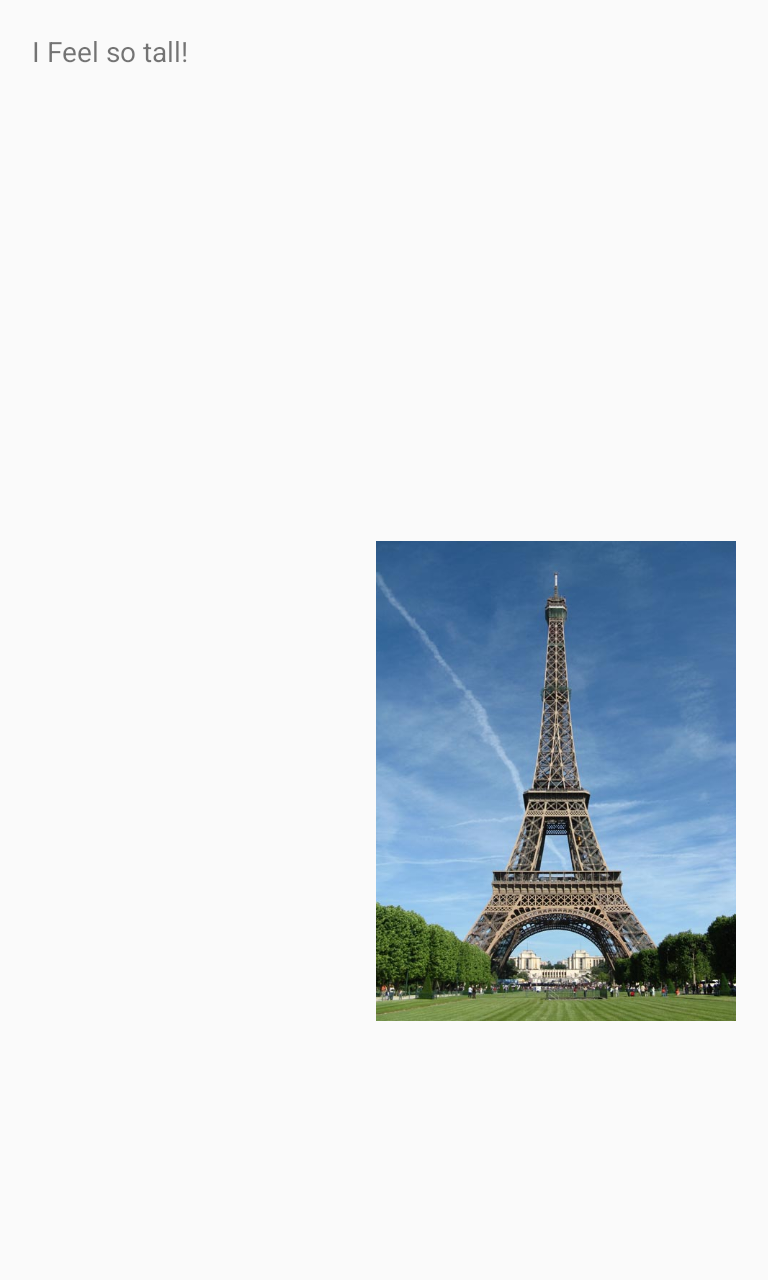
Repository: Smahane/Android_CST407
Layout: HomeWork2/HomeWork2_Resources_State/res/layout/fragment_opinion.xml
The author's editor kept a copy of each file at every save. The layout is drawn from the files as they stood at one save, then again after the next save.
It is drawn on a 768 x 1280 px phone screen (xhdpi) without system bars, with theme AppTheme; the app's code is not run.

Above is the layout before, as saved 2014-07-20 17:25:36.

### HomeWork2/HomeWork2_Resources_State/res/layout/fragment_opinion.xml
<RelativeLayout xmlns:android="http://schemas.android.com/apk/res/android"
    xmlns:tools="http://schemas.android.com/tools"
    android:layout_width="match_parent"
    android:layout_height="match_parent"
    android:paddingBottom="@dimen/activity_vertical_margin"
    android:paddingLeft="@dimen/activity_horizontal_margin"
    android:paddingRight="@dimen/activity_horizontal_margin"
    android:paddingTop="@dimen/activity_vertical_margin"
    tools:context="com.example.homework2_resources.OpinionActivity$PlaceholderFragment" >

    <TextView
        android:id="@+id/textView1"
        android:layout_width="wrap_content"
        android:layout_height="wrap_content"
        android:text="@string/portrait" />

    <ImageView
        android:id="@+id/imageView1"
        android:layout_width="wrap_content"
        android:layout_height="wrap_content"
        android:layout_below="@+id/textView1"
        android:layout_marginLeft="94dp"
        android:layout_marginTop="122dp"
        android:layout_toRightOf="@+id/textView1"
        android:src="@drawable/eiffeltower" />

</RelativeLayout>

### HomeWork2/HomeWork2_Resources_State/res/values/strings.xml
<?xml version="1.0" encoding="utf-8"?>
<resources>

    <string name="app_name">HomeWork2_Resources</string>
    <string name="portrait">I Feel so tall!</string>
    <string name="action_settings">Settings</string>
    <string name="land_txt">the world looks flat</string>
    <string name="EiffelTowerImage">Eiffel Tower</string>

</resources>

Loaded but not shown: HomeWork2/HomeWork2_Resources_State/res/values/styles.xml (common file); HomeWork2/HomeWork2_Resources_State/res/values-v11/styles.xml (common file); HomeWork2/HomeWork2_Resources_State/res/values-v14/styles.xml (common file); HomeWork2/HomeWork2_Resources_State/res/values/dimens.xml (common file); HomeWork2/HomeWork2_Resources_State/res/values-w820dp/dimens.xml (common file)

After the next save:
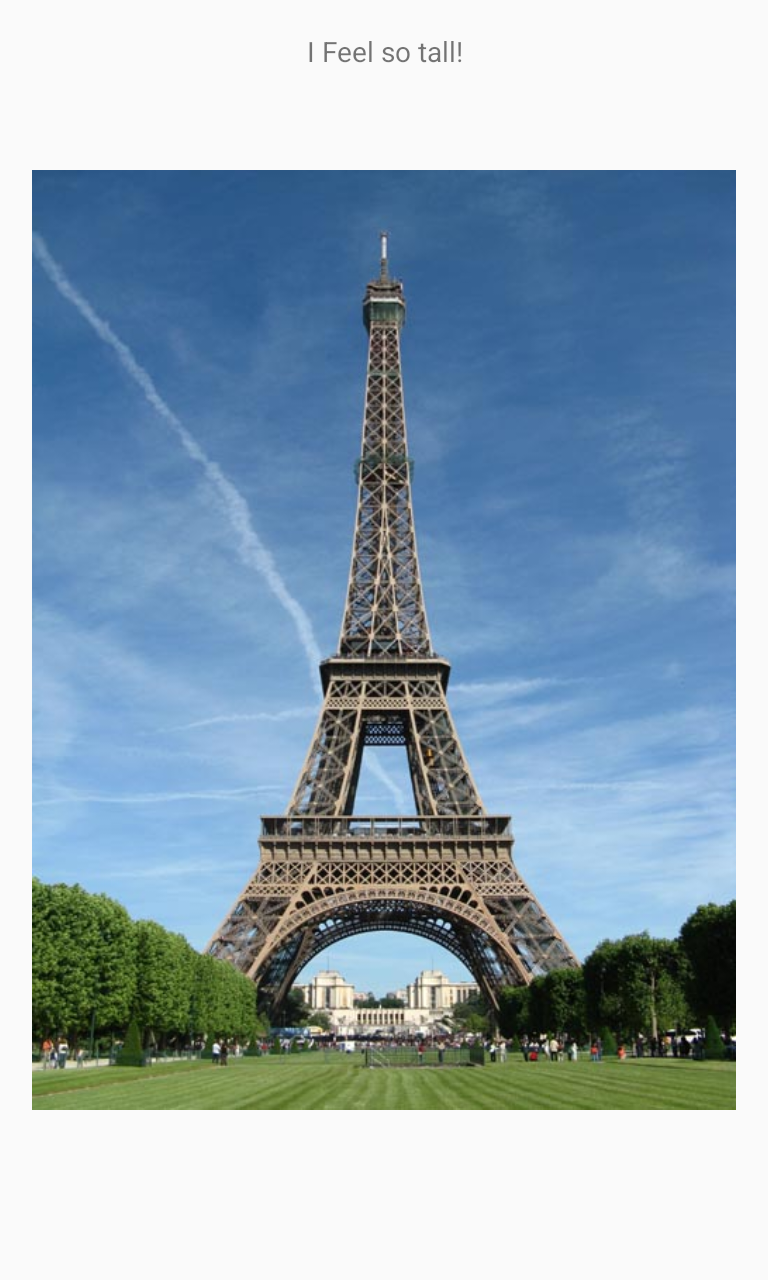
Saved 10 min 36 s later.
--- a/HomeWork2/HomeWork2_Resources_State/res/layout/fragment_opinion.xml
+++ b/HomeWork2/HomeWork2_Resources_State/res/layout/fragment_opinion.xml
@@ -10,18 +10,16 @@
 
     <TextView
         android:id="@+id/textView1"
-        android:layout_width="wrap_content"
+        android:layout_width="match_parent"
         android:layout_height="wrap_content"
+        android:gravity="center"
         android:text="@string/portrait" />
 
     <ImageView
         android:id="@+id/imageView1"
         android:layout_width="wrap_content"
         android:layout_height="wrap_content"
-        android:layout_below="@+id/textView1"
-        android:layout_marginLeft="94dp"
-        android:layout_marginTop="122dp"
-        android:layout_toRightOf="@+id/textView1"
+        android:layout_alignLeft="@+id/textView1"
         android:src="@drawable/eiffeltower" />
 
 </RelativeLayout>
